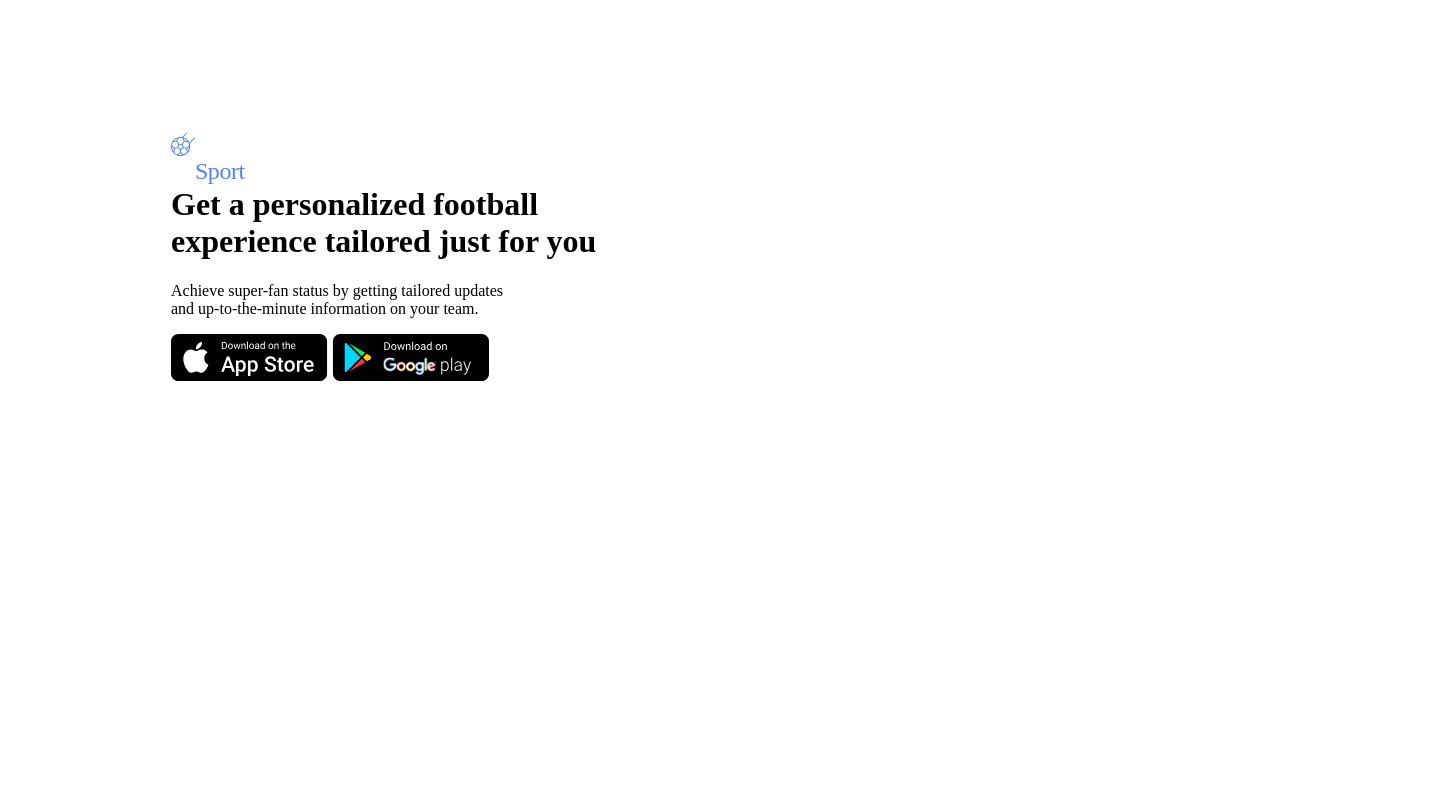
Repository: batonAnton/Hw-Lec9-responsive
Page: index.html
The author's editor kept a copy of each file at every save. The page is drawn from the files as they stood at one save, then again after the next save.
The browser window is 1280 px wide. The page is 1448 px wide, so the pictures cover 1448 px, including what lies to the right of the window. The pictures show the whole page.
Pictures or frames that could not be fetched are drawn as grey boxes.

Above is the page before, as saved 2022-07-08 15:09:02.

After the next save:
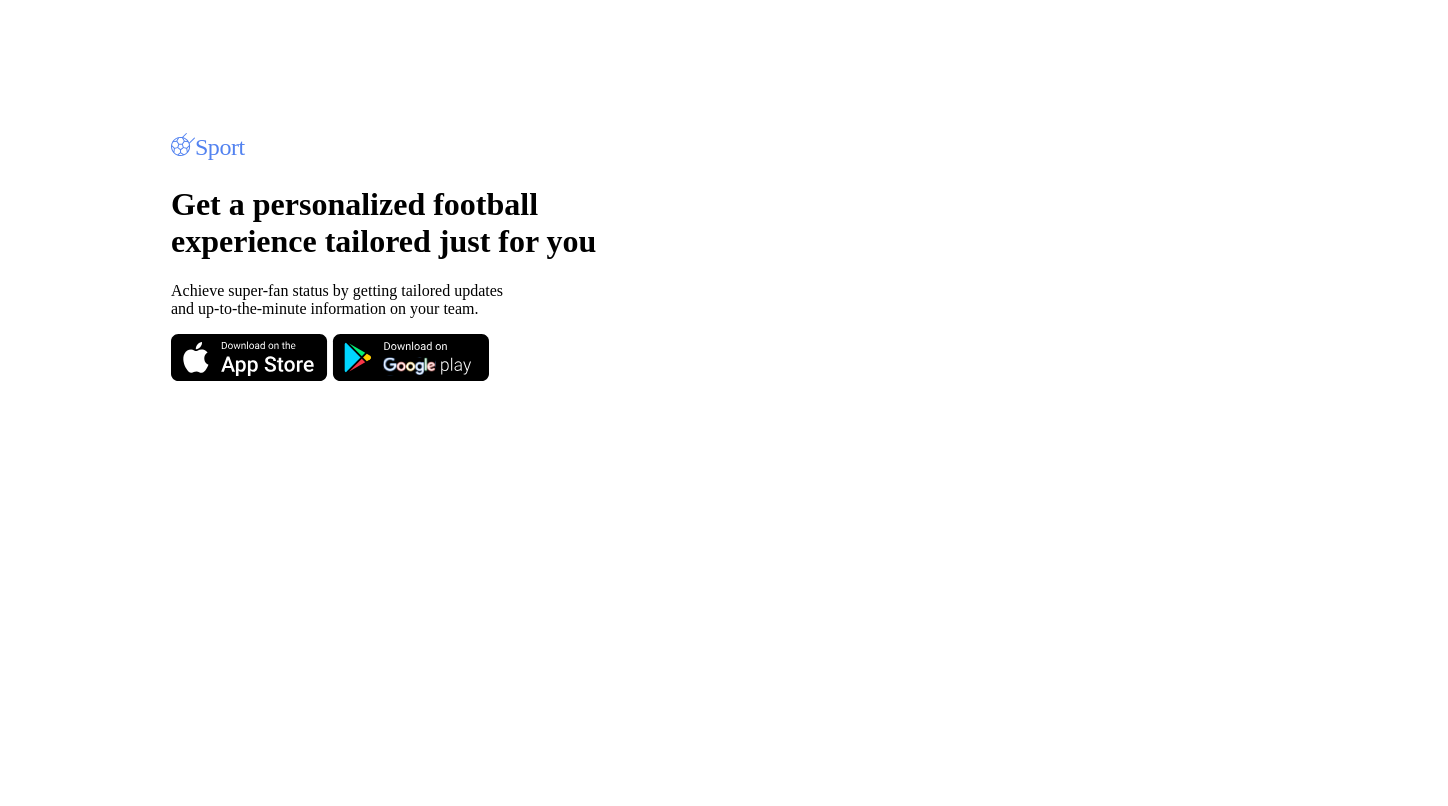
Saved 4 min 3 s later.
--- a/css/style.css
+++ b/css/style.css
@@ -24,13 +24,13 @@ header{
     line-height: 29px;
     letter-spacing: -0.02em;
     color: #5282F0;
-    align-items: center;
-    justify-content: flex-start;
+    margin: 0;
 }
 
 .logo-svg{
-    width: 30px;
-    height: 30px;
+    width: 24px;
+    height: 23px;
+
 }
 
 .logo{
